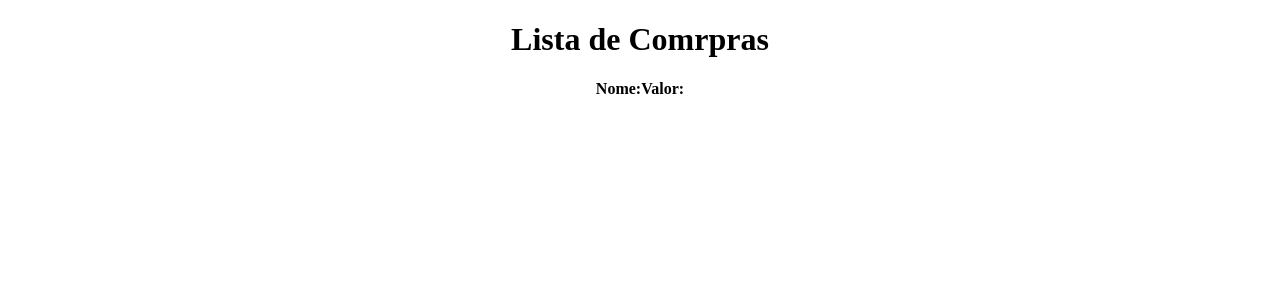
Repository: yoda4ever/playground
Page: http://localhost/CarrinhoDeCompras/Listar
An editor plug-in stored every save of this project. The page is shown before and after the next save, followed by the edit.
The browser window is 1280 px wide. The pictures show the whole page.
The page is served by Tomcat 9.

Above is the page before, as saved 2017-05-04 03:39:57.

After the next save:
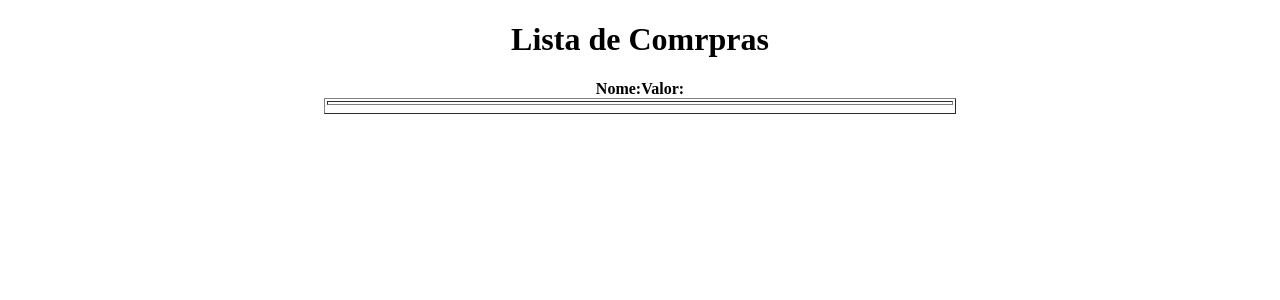
Saved 43 s later.
--- a/CarrinhoDeCompras/WebContent/produto.jsp
+++ b/CarrinhoDeCompras/WebContent/produto.jsp
@@ -18,7 +18,7 @@
 	<center><h1><strong>Lista de Comrpras</strong></h1></center>
 
 	<center>
-		<table>
+		<table border="1" width="50%">
 			<td>
 				<tr align="left"><strong>Nome:</strong></tr>
 				<tr align="left"><strong>Valor:</strong></tr>
